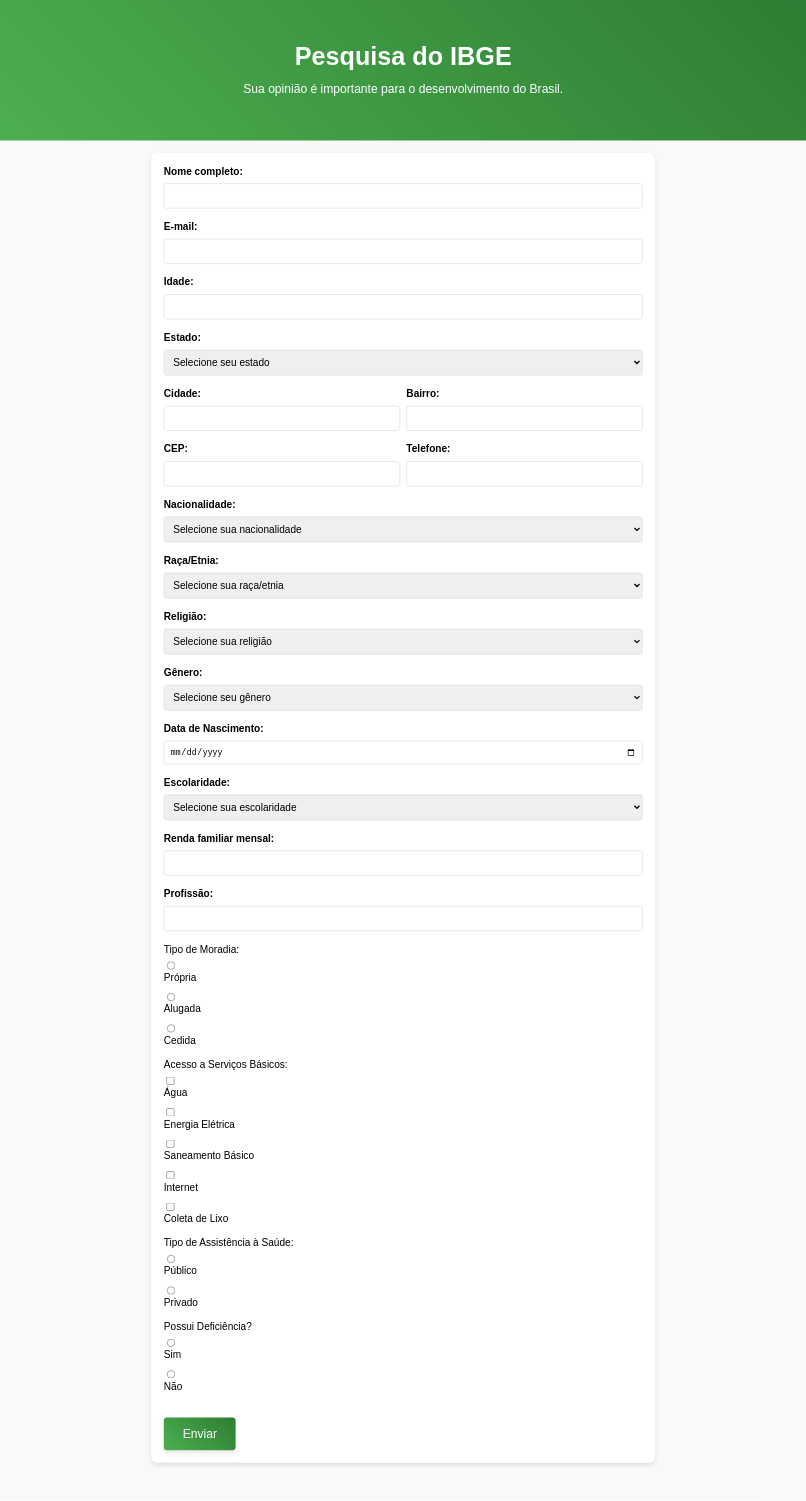
Repository: Gabrielb0rn/Projeto-Formul-rio.io
Page: index.html
An editor plug-in stored every save of this project. The page is shown before and after the next save, followed by the edit.
The browser window is 1280 px wide. The pictures show the whole page, at 63% of full size.

Above is the page before, as saved 2024-07-01 08:18:26.

After the next save:
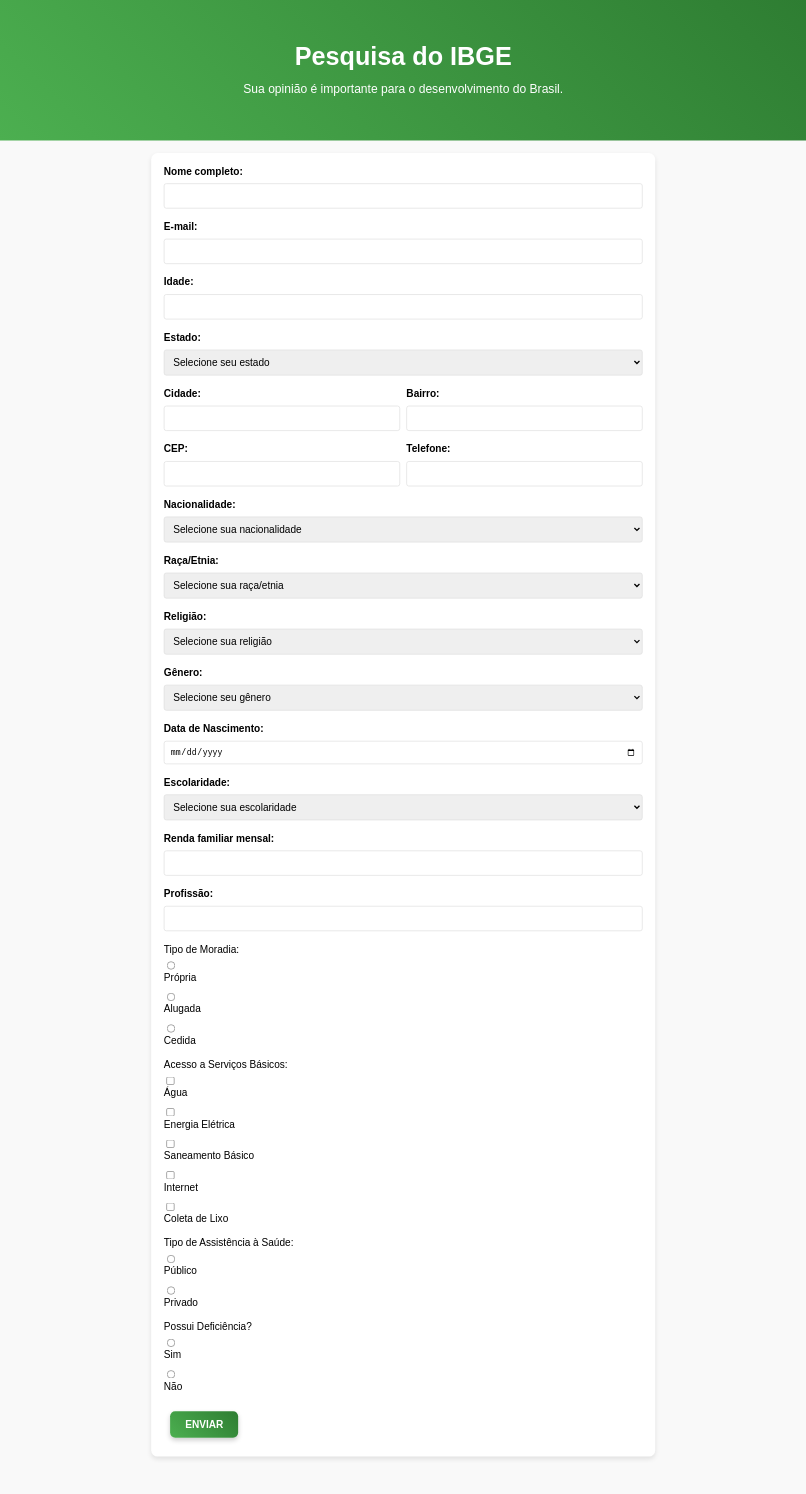
Saved 5 s later.
--- a/index.html
+++ b/index.html
@@ -163,7 +163,7 @@
                         <label for="nao">Não</label>
                     </div>
                 </div>
-                <button type="submit">Enviar</button>
+                <button type="submit" class="btn">Enviar</button>
             </form>
         </div>
     </main>
